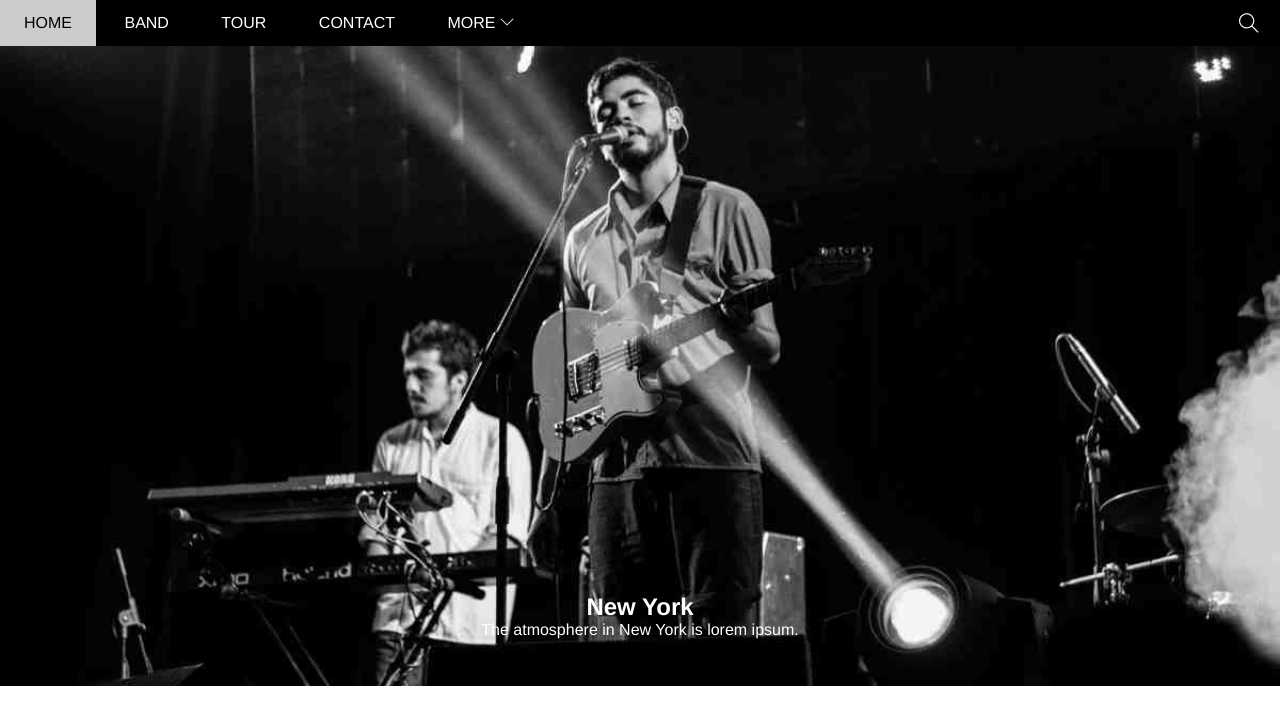
Repository: vophuocthanh/phuocthanhk03
Page: index.html
An editor plug-in stored every save of this project. The page is shown before and after the next save, followed by the edit.
The browser window is 1280 px wide. The pictures show the whole page.

Above is the page before, as saved 2022-03-03 22:39:03.

### index.html
<!DOCTYPE html>
<html lang="en">

<head>
    <meta charset="UTF-8" />
    <meta http-equiv="X-UA-Compatible" content="IE=edge" />
    <meta name="viewport" content="width=device-width, initial-scale=1.0" />
    <title>Document</title>
    <link rel="stylesheet" href="./asset/css/style.css" />
    <link rel="stylesheet" href="/asset/icon/themify-icons/themify-icons.css">
</head>

<body>
    <div id="main">
        <div id="header">
            <!-- Begin : nav -->
            <ul id="nav">
                <li><a href="">Home<a></li>
                <li><a href="">Band</a></li>
                <li><a href="">Tour</a></li>
                <li><a href="">Contact</a></li>
                <li>
                    <a href="">
                        More
                        <i class="nav-arrow-down ti-angle-down"></i>
                    </a>
                    <ul class="subnav">
                        <li><a href="">Merchandise</a></li>
                        <li><a href="">Extras</a></li>
                        <li><a href="">Media</a></li>
                    </ul>
                </li>
            </ul>
            <!-- End: nav -->

            <!-- Begin: Search -->
            <div class="search-btn">
                <i class="search-icon ti-search"></i>
            </div>
            <!-- End: Search -->
        </div>

        <div id="slider">
            <div class="text-content">
                <h2 class="text-heading">New York</h2>
                <div class="text-description">The atmosphere in New York is lorem ipsum. </div>
            </div>
        </div>

        <div id="content">

        </div>
        <div id="footer">

        </div>

    </div>
</body>

</html>

### asset/css/style.css
/*Reset*/

* {
    padding: 0;
    margin: 0;
    box-sizing: border-box;
}

html {
    font-family: Helvetica, Arial, sans-serif;
}


/*
 1. Từ ngoài vào trong
 2. Trên xuống dưới
 3. Từ tổng quan đến chi tiết

*/


/*
1. Vị Trí
2. Màu Sắc
3. Kích Thước
4.Kiểu Dáng */

#main {}

#header {
    height: 46px;
    background-color: #000;
    position: fixed;
    top: 0;
    left: 0;
    right: 0;
}

#nav {
    display: inline-block;
}

.subnav {
    list-style-type: none;
}

#nav>li {
    display: inline-block;
}

#nav li {
    position: relative;
}

#nav>li>a {
    color: #fff;
    text-transform: uppercase;
}

#nav li a {
    color: #fff;
    text-decoration: none;
    line-height: 46px;
    padding: 0 24px;
    display: block;
}

#nav li:hover .subnav {
    display: block;
}

#nav>li:hover>a,
#nav .subnav li:hover {
    color: #000;
    background-color: #ccc;
}

#nav .subnav {
    display: none;
    position: absolute;
    top: 100%;
    left: 0;
    min-width: 160px;
    background-color: #fff;
    box-shadow: 0 0 10px rgba(0, 0, 0, 0.3);
}

#nav .subnav a {
    color: #000;
    padding: 0 12px;
}

#nav .nav-arrow-down {
    font-size: 14px;
}

#header .search-btn {
    float: right;
    padding: 0 21px;
    cursor: pointer;
}

#header .search-btn:hover {
    background-color: #f44336;
}

#header .search-icon {
    color: #fff;
    font-size: 20px;
    line-height: 46px;
}

#slider {
    position: relative;
    margin-top: 46px;
    padding-top: 50%;
    background: url("/asset/img/slider/slider1.jpg") top center / cover no-repeat;
}

#slider .text-content {
    position: absolute;
    bottom: 47px;
    color: #fff;
    left: 50%;
    transform: translate(-50%);
    text-align: center;
}

#slider .text-headin {
    font-weight: 500;
    font-size: 24px;
}

#slider .text-description {}

#content {}

#foote {}

Loaded but not shown: asset/icon/themify-icons/themify-icons.css (common file)

After the next save:
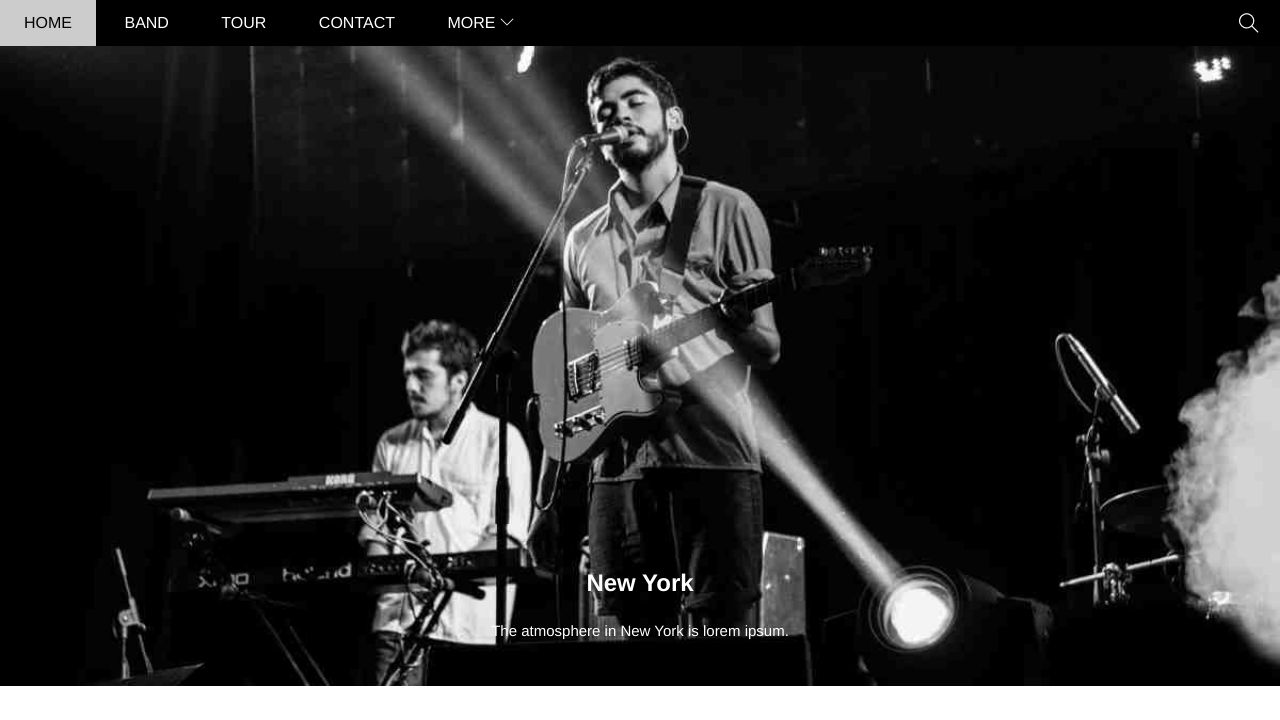
Saved 116 s later.
--- a/asset/css/style.css
+++ b/asset/css/style.css
@@ -131,7 +131,10 @@ html {
     font-size: 24px;
 }
 
-#slider .text-description {}
+#slider .text-description {
+    font-size: 15px;
+    margin-top: 25px;
+}
 
 #content {}
 
